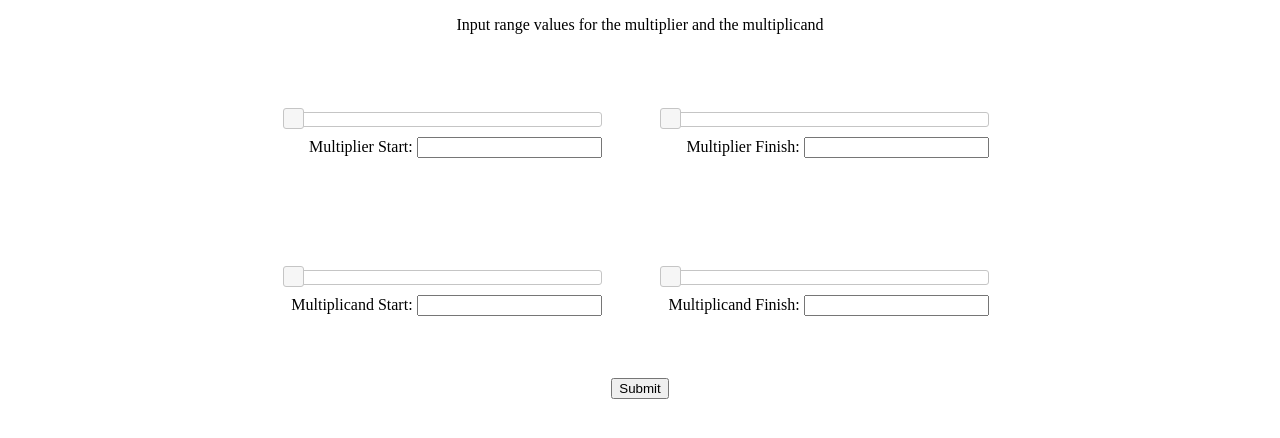
Repository: khrasna/HW4Part2
Page: index.html
An editor plug-in stored every save of this project. The page is shown before and after the next save, followed by the edit.
The browser window is 1280 px wide. The pictures show the whole page.
Some web libraries are served in a nearby version.

Above is the page before, as saved 2021-11-14 19:08:52.

After the next save:
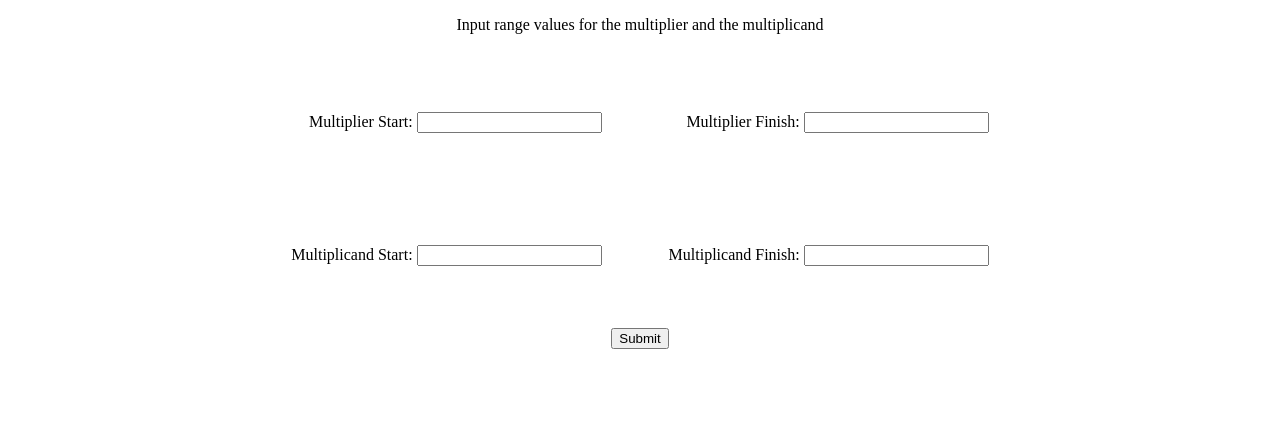
Console error: SyntaxError: Invalid destructuring assignment target
Saved 27 s later.
--- a/formvalidate.js
+++ b/formvalidate.js
@@ -5,7 +5,10 @@
     $("#slider-3").slider();
     $("#slider-4").slider();
 
-
+    function slider({
+        min: -50,
+        max: 50
+    });
 
     $.validator.addMethod("less", function (value, element, params) {
         return this.optional(element) || value <= params[0].value; //checks to make sure that the starts are less than the finishes, learned from

After the save that followed:
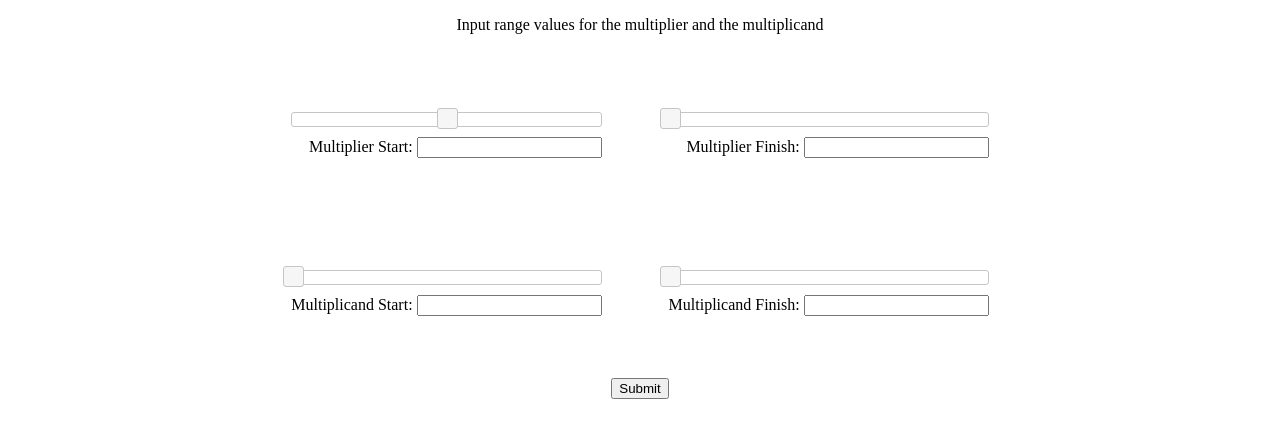
The error is gone.
Saved 21 s later.
--- a/formvalidate.js
+++ b/formvalidate.js
@@ -1,14 +1,13 @@
 $(function () {
 
-    $("#slider-1").slider();
+    $("#slider-1").slider({
+        min: -50,
+        max: 50
+    });
     $("#slider-2").slider();
     $("#slider-3").slider();
     $("#slider-4").slider();
 
-    function slider({
-        min: -50,
-        max: 50
-    });
 
     $.validator.addMethod("less", function (value, element, params) {
         return this.optional(element) || value <= params[0].value; //checks to make sure that the starts are less than the finishes, learned from
